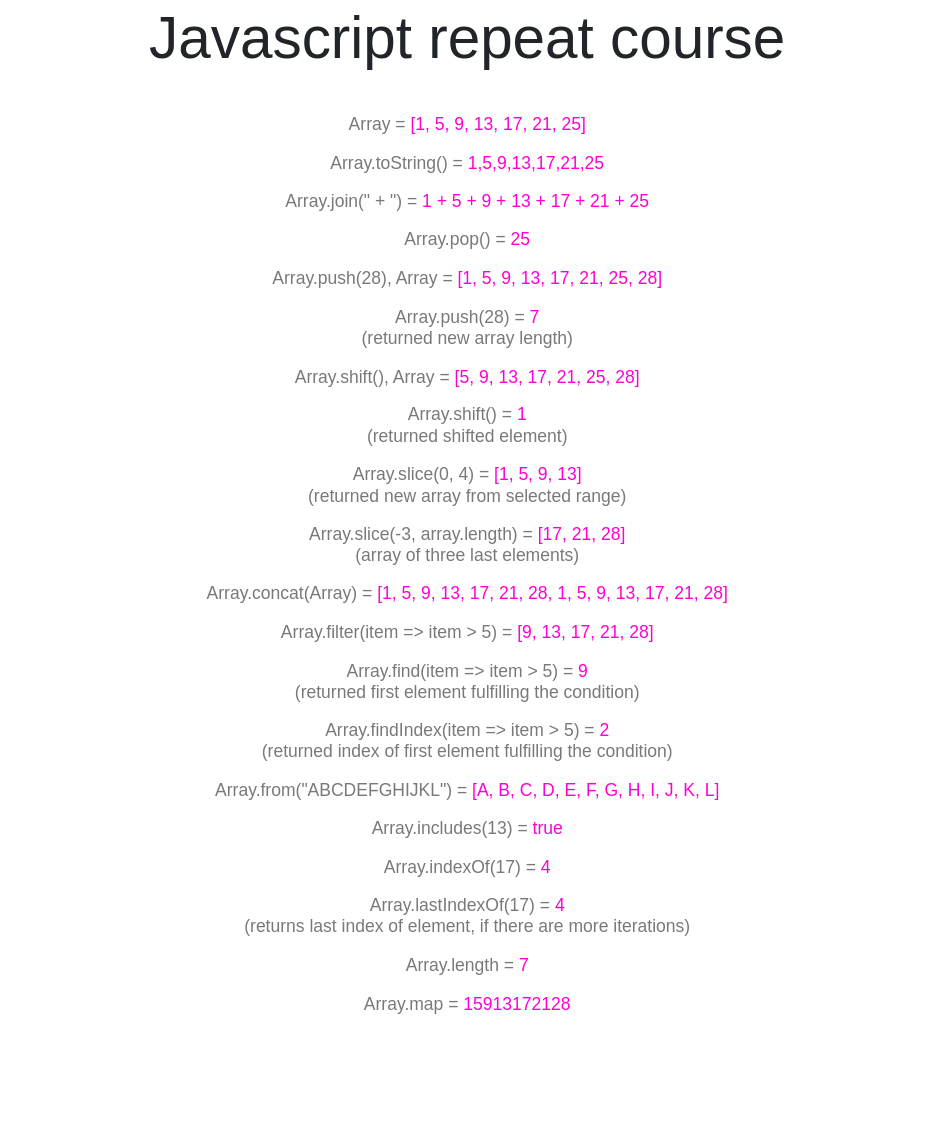
Repository: michalgornicki/javascript
Page: /
These files come from the project's save history. The page is drawn as it stood at one moment and after a run of saves; the edit follows.
The browser window is 1280 px wide. The pictures show the whole page, at 73% of full size.
The project was rebuilt for these pictures with package versions that can differ from the ones it lists, and the page was loaded fresh each time. Also part of the build but not shown: src/index.css.

Above is the page before, as saved 2022-01-31 13:30:15.

After the next 9 saves:
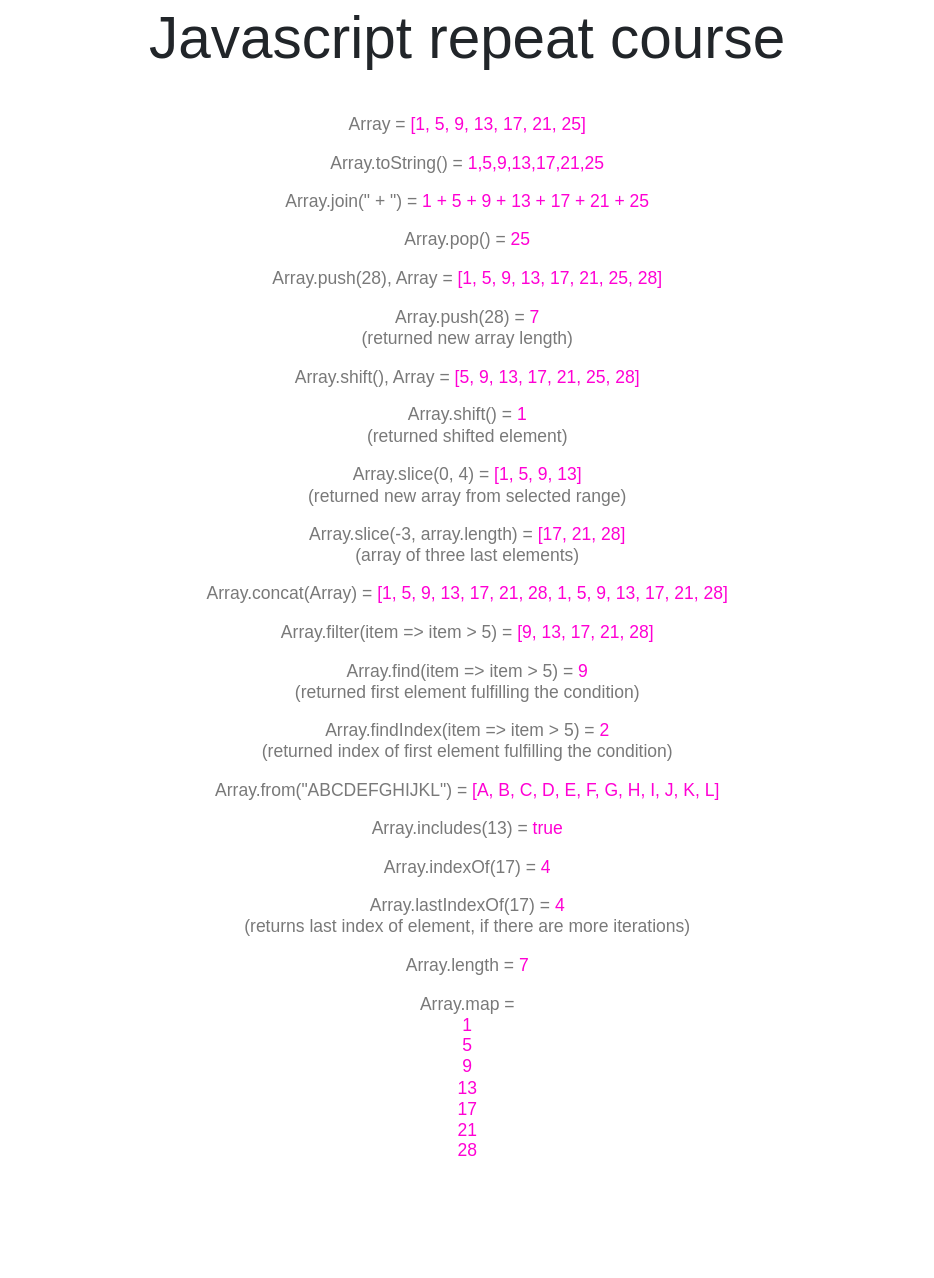
The 9 saves are shown as one change because 2 did not build or start and some came seconds apart.
The last was saved 32 s later.
--- a/src/App.jsx
+++ b/src/App.jsx
@@ -116,7 +116,7 @@
         <span className="">
          Array.map =
         </span>
-        <span className="text-pink"> { array.map((item => item )) } </span>
+        <span className="text-pink"> { array.map((item => <div>{item}</div>  )) } </span>
       </div>
 
 

After the 2 saves that followed:
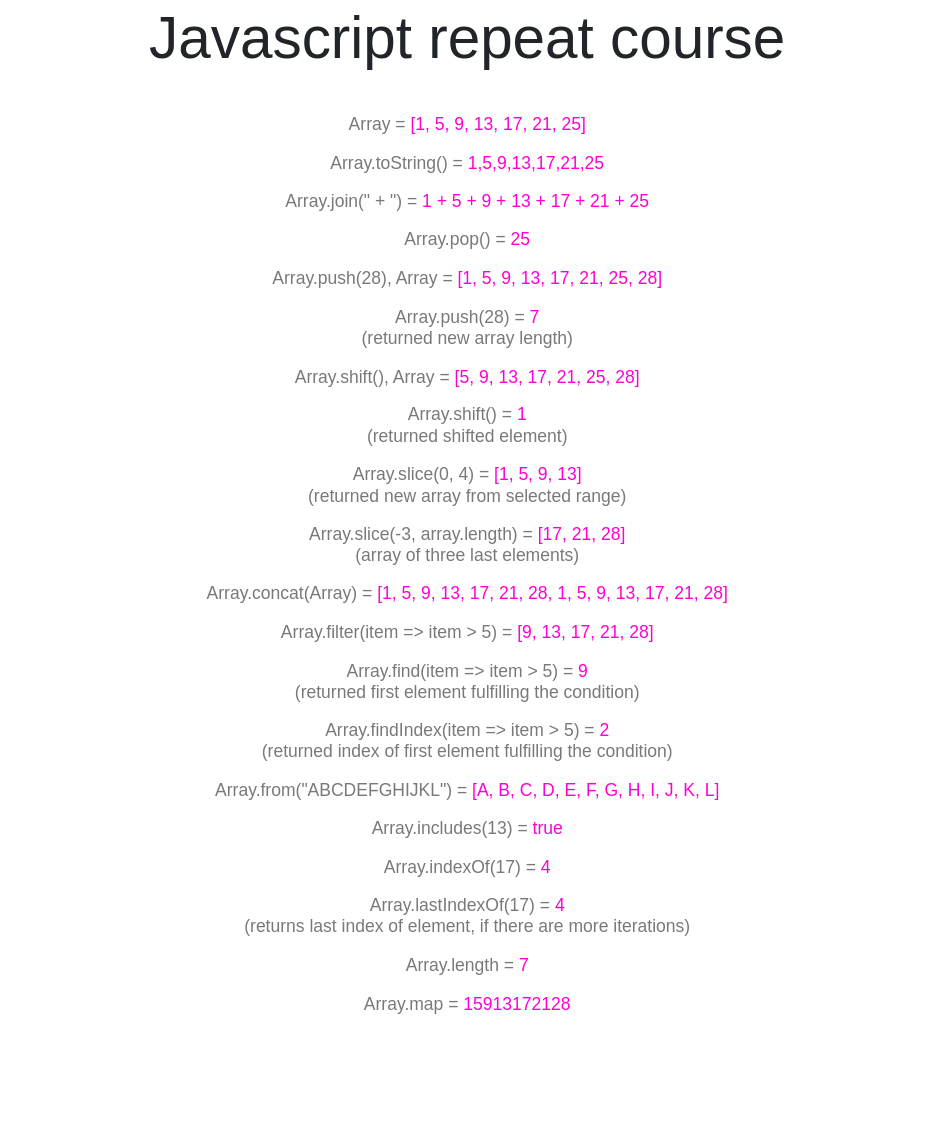
The 2 saves are shown as one change because they came seconds apart.
The last was saved 7 s later.
--- a/src/App.jsx
+++ b/src/App.jsx
@@ -116,7 +116,7 @@
         <span className="">
          Array.map =
         </span>
-        <span className="text-pink"> { array.map((item => <div>{item}</div>  )) } </span>
+        <span className="text-pink"> { array.map((item => <span>{item}</span>  )) } </span>
       </div>
 
 
